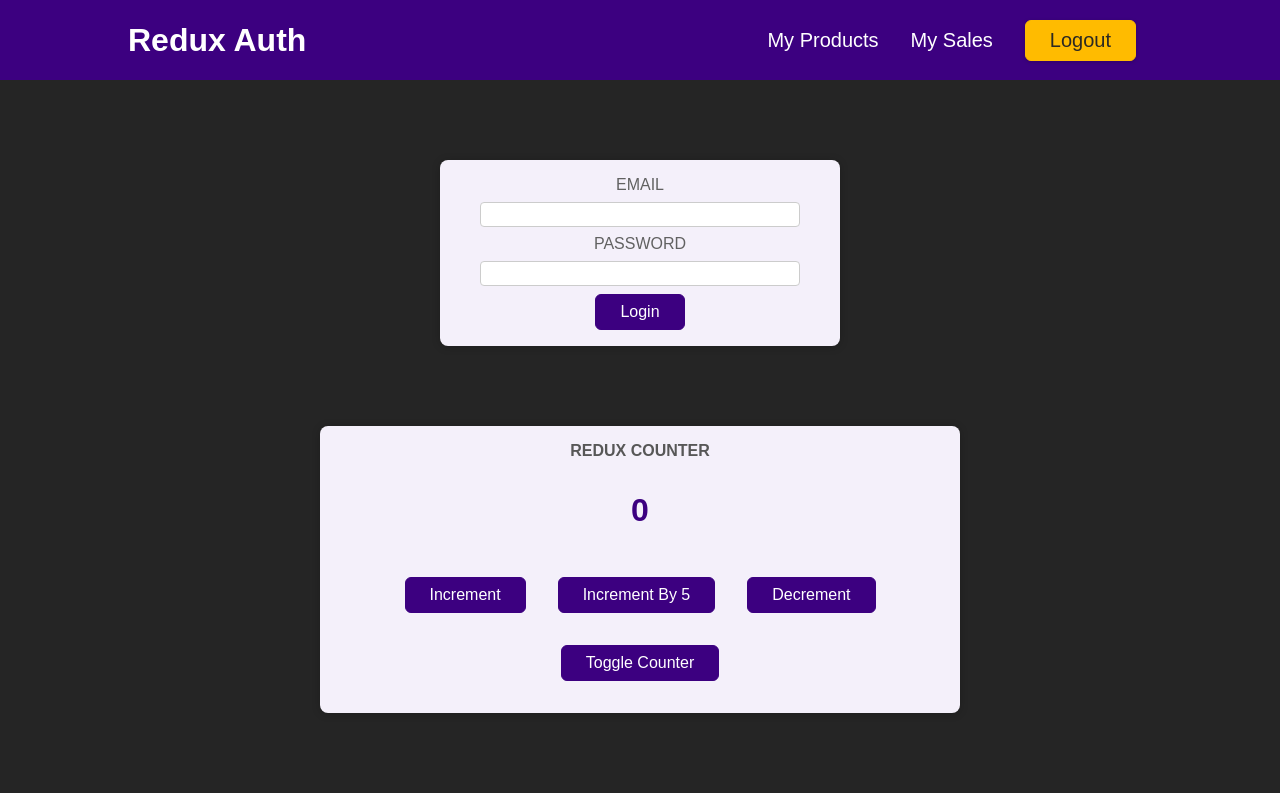
Repository: wenxi0504/11-ReactReduxProject
Page: /
An editor plug-in stored every save of this project. The page is shown before and after the next save, followed by the edit.
The browser window is 1280 px wide. The pictures show the whole page.
The project was rebuilt for these pictures with package versions that can differ from the ones it lists, and the page was loaded fresh each time. Also part of the build but not shown: src/components/UserProfile.module.css, src/components/UserProfile.js.

Above is the page before, as saved 2022-07-17 22:24:40.

After the next save:
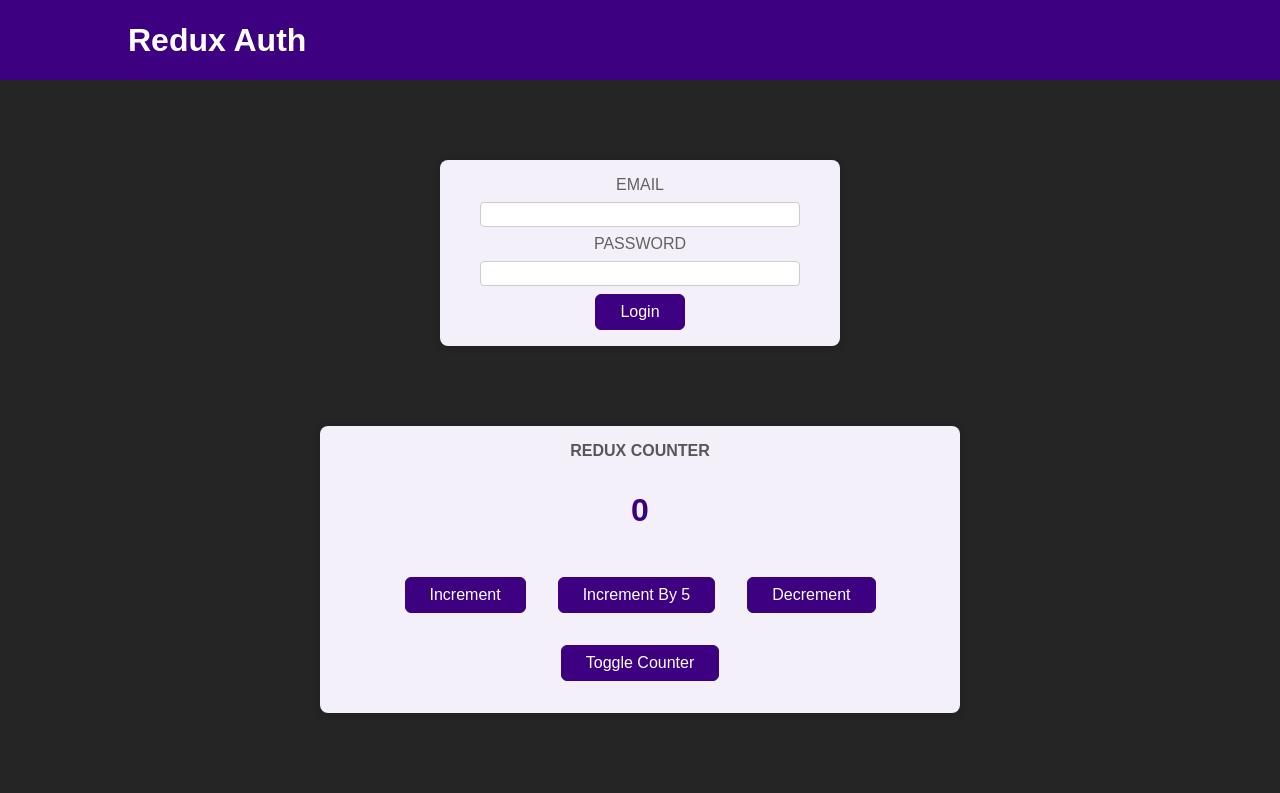
Saved 37 s later.
--- a/src/components/Header.js
+++ b/src/components/Header.js
@@ -7,19 +7,21 @@ const Header = () => {
   return (
     <header className={classes.header}>
       <h1>Redux Auth</h1>
-      <nav>
-        <ul>
-          <li>
-            <a href="/">My Products</a>
-          </li>
-          <li>
-            <a href="/">My Sales</a>
-          </li>
-          <li>
-            <button>Logout</button>
-          </li>
-        </ul>
-      </nav>
+      {isAuth && (
+        <nav>
+          <ul>
+            <li>
+              <a href="/">My Products</a>
+            </li>
+            <li>
+              <a href="/">My Sales</a>
+            </li>
+            <li>
+              <button>Logout</button>
+            </li>
+          </ul>
+        </nav>
+      )}
     </header>
   );
 };
